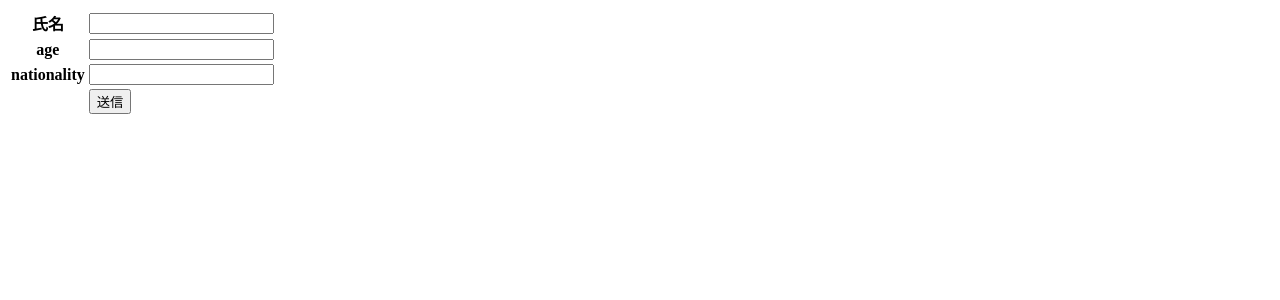
Repository: masanarimiura/20220618_miura
Page: http://localhost/
An editor plug-in stored every save of this project. The page is shown before and after the next save, followed by the edit.
The browser window is 1280 px wide. The pictures show the whole page.
The page is served by the project's Laravel application, run on PHP 8.4 with Laravel 8. Other server files are loaded and not shown.

Above is the page before, as saved 2022-06-18 11:51:09.

### routes/web.php
<?php

use Illuminate\Support\Facades\Route;
use App\Http\Controllers\TaskController;

Route::get('/', [TaskController::class, 'index']);
Route::post('/', [TaskController::class, 'post']);

### app/Http/Controllers/TaskController.php
<?php

namespace App\Http\Controllers;

use App\Models\Customer;
use Illuminate\Http\Request;

class TaskController extends Controller
{
    public function index()
    {
        return view('index');
    }
    public function find()
    {
        return view('find', ['input' => '']);
    }
    public function search(Request $request)
    {
        $item = Author::where('name', 'LIKE',"%{$request->input}%")->first();
        $param = [
            'input' => $request->input,
            'item' => $item
        ];
        return view('find', $param);
    }
    public function bind(Author $author)
    {
        $data = [
            'item'=>$author,
        ];
        return view('author.binds', $data);
    }
    public function add()
    {
        return view('add');
    }
    public function create(Request $request)
    {
        $this->validate($request, Author::$rules);
        $form = $request->all();
        Author::create($form);
        return redirect('/');
    }
}

### resources/views/index.blade.php
<!DOCTYPE html>
<html lang="ja">

<head>
  <meta charset="UTF-8">
  <meta name="viewport" content="width=device-width, initial-scale=1.0">
  <title>top</title>
</head>

<body>
  @if (count($errors) > 0)
<ul>
  @foreach ($errors->all() as $error)
  <li>
    {{$error}}
  </li>
  @endforeach
</ul>
@endif
<form action="/" method="post">
  <table>
    @csrf
    <tr>
      <th>
        氏名
      </th>
      <td>
        <input type="text" name="name">
      </td>
    </tr>
    <tr>
      <th>
        age
      </th>
      <td>
        <input type="text" name="age">
      </td>
    </tr>
    <tr>
      <th>
        nationality
      </th>
      <td>
        <input type="text" name="nationality">
      </td>
    </tr>
    <tr>
      <th></th>
      <td>
        <button>送信</button>
      </td>
  </table>
</form>
</body>
</html>

Loaded but not shown: app/Http/Controllers/Controller.php (common file)

After the next save:
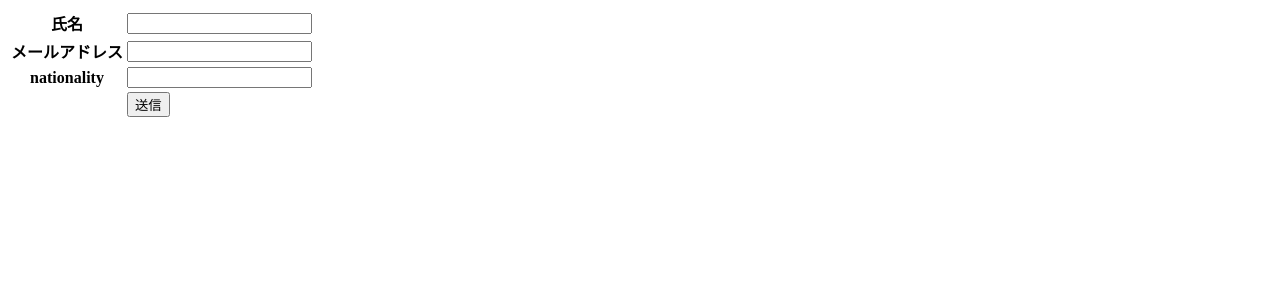
Saved 13 s later.
--- a/resources/views/index.blade.php
+++ b/resources/views/index.blade.php
@@ -30,7 +30,7 @@
     </tr>
     <tr>
       <th>
-        age
+        メールアドレス
       </th>
       <td>
         <input type="text" name="age">
